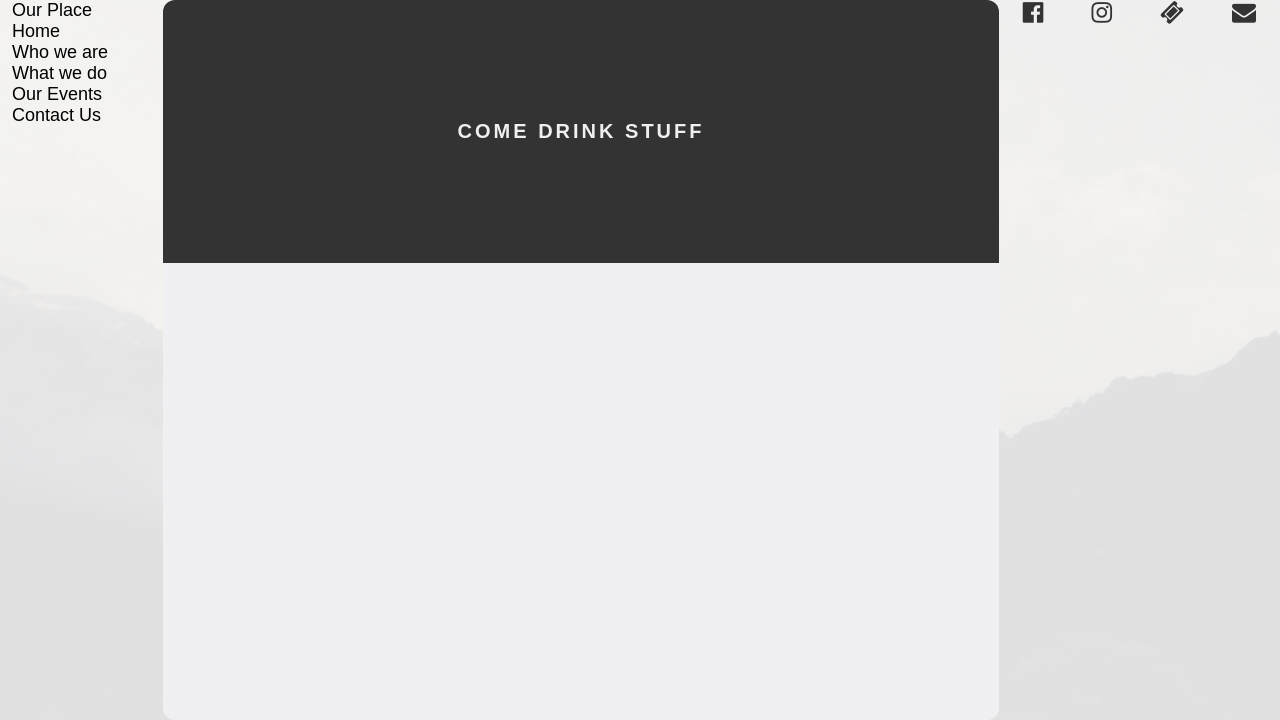
Repository: meghan-kradolfer/our-space-v1
Page: /
These files come from the project's save history. The page is drawn as it stood at one moment and after a run of saves; the edit follows.
The browser window is 1280 px wide. The pictures show the whole page.
The project was rebuilt for these pictures with package versions that can differ from the ones it lists, and the page was loaded fresh each time. Imported but missing from the stored project, and not drawn on this page: src/containers/contact-us, src/containers/our-events, src/containers/what-we-do, src/containers/who-we-are.

Above is the page before, as saved 2017-11-16 09:35:29.

After the next 2 saves:
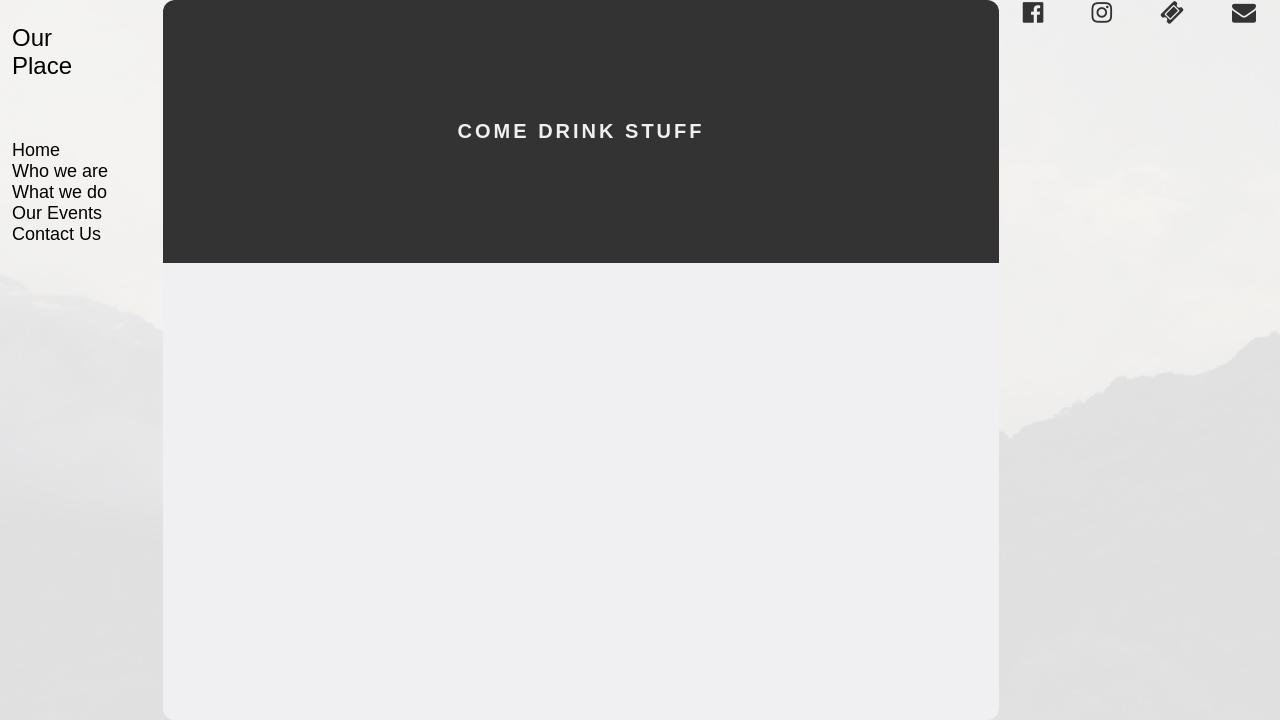
The 2 saves are shown as one change because they came seconds apart.
The last was saved 12 s later.
--- a/src/components/nav.js
+++ b/src/components/nav.js
@@ -4,8 +4,8 @@ class Nav extends React.Component {
   render() {
     return (
       <header>
-        <div className="flex-item">
-          Our Place
+        <div className="flex-item logo">
+          Our <br/> Place
         </div>
         <nav className="flex-item">
           {this.props.children}
